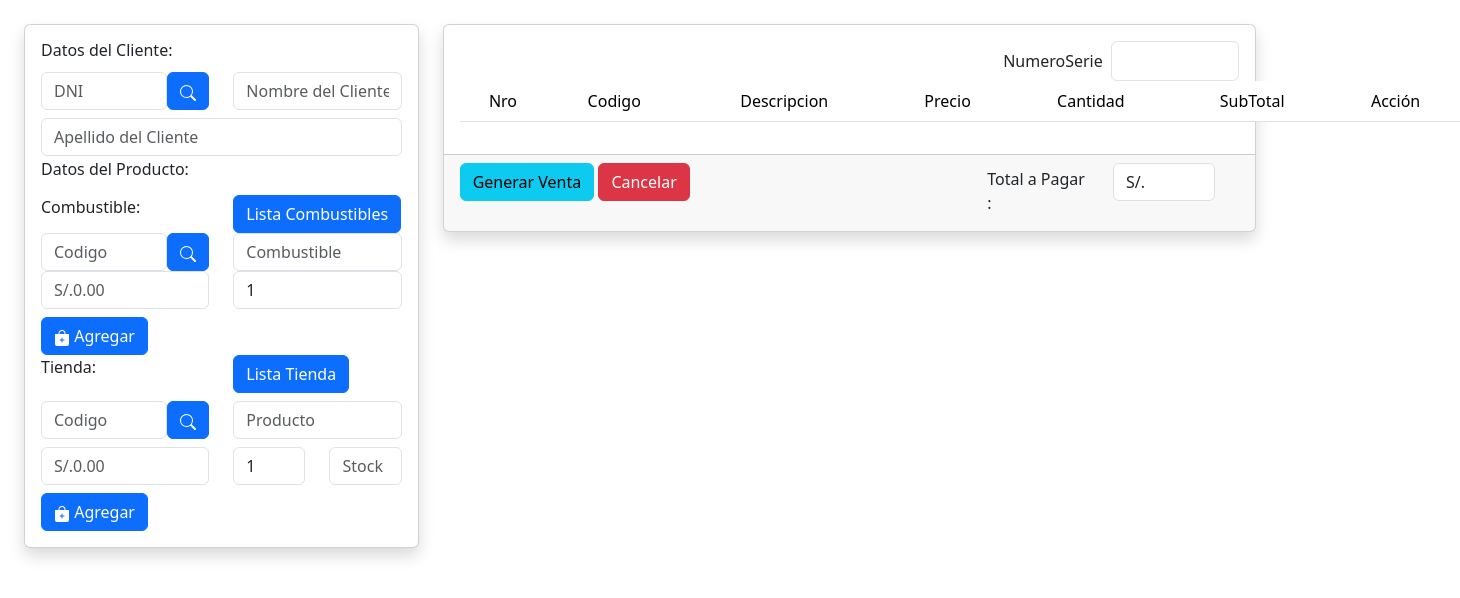
Repository: alexpool1122/evaluaciones
Page: http://localhost/Centenario2023/Ventas.jsp
These files come from the project's save history. The page is drawn as it stood at one moment and after the next save; the edit follows.
The browser window is 1280 px wide. The page is 1460 px wide, then 1280 px, so the pictures cover 1460 px, including what lies to the right of the window. The pictures show the whole page.
The page is served by Tomcat 10. The template is opened directly, without the code that normally fills it, so the values that code supplies are empty.

Above is the page before, as saved 2023-06-30 13:38:54.

After the next save:
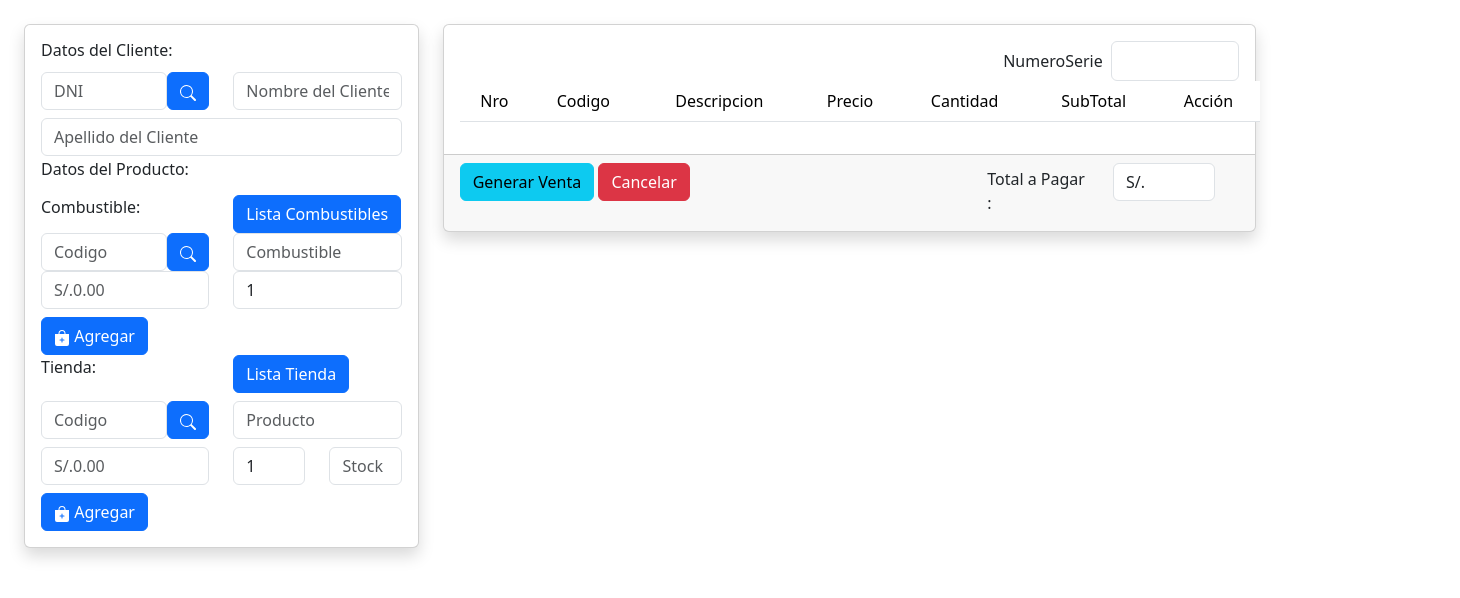
Saved 10 s later.
--- a/ProyectoFinal/Proyecto/Centenario2023/src/main/webapp/Ventas.jsp
+++ b/ProyectoFinal/Proyecto/Centenario2023/src/main/webapp/Ventas.jsp
@@ -241,7 +241,7 @@
 								<input type="text" class="form-control" value="${nSerie}">
 							</div>
 						</div>
-						<table class="table" style="width: 1000px">
+						<table class="table" style="width: 800px">
 							<tr class="text-center">
 								<td>Nro</td>
 								<td>Codigo</td>
